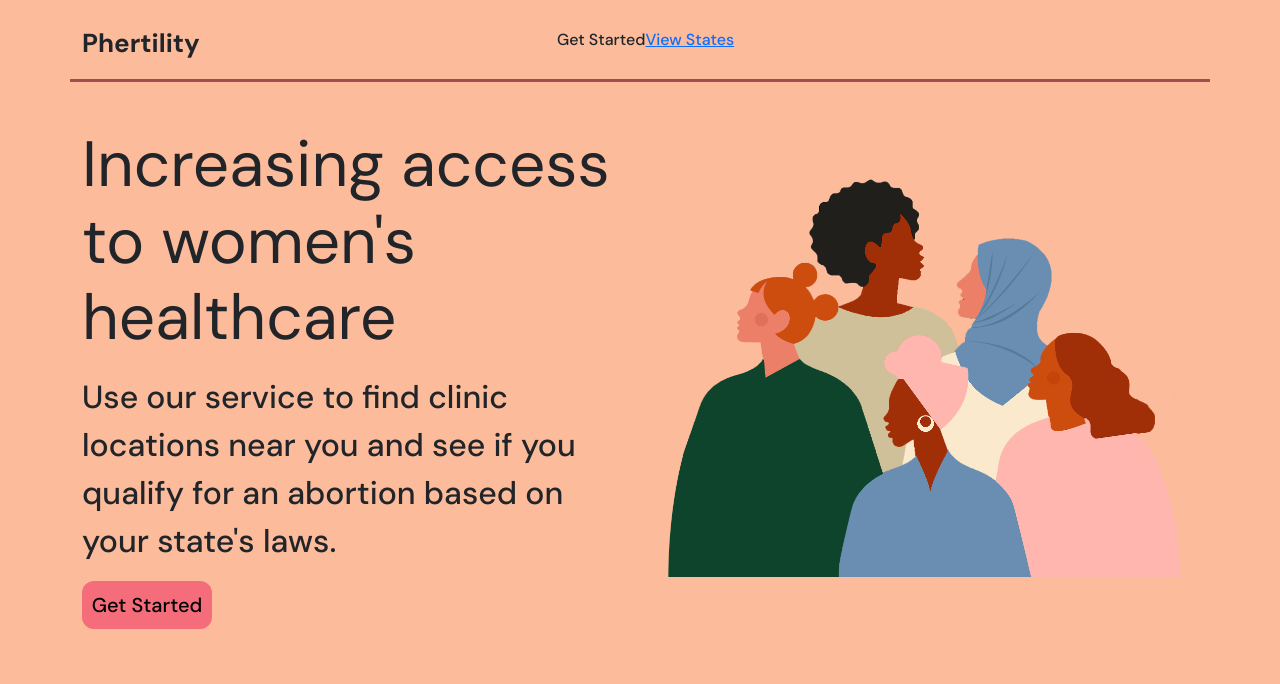
Repository: KaiDubauskas/phertility
Page: / (app in frontend/app/)
These files come from the project's save history. The page is drawn as it stood at one moment and after the next save; the edit follows.
The browser window is 1280 px wide. The pictures show the whole page.
The project was rebuilt for these pictures with package versions that can differ from the ones it lists, and the page was loaded fresh each time. Also part of the build but not shown: frontend/app/src/CurrentLocation.js, frontend/app/src/Map.js, frontend/app/src/components/database.js, frontend/app/src/states.css, frontend/app/src/components/states.js.

Above is the page before, as saved 2022-10-23 02:39:56.

After the next save:
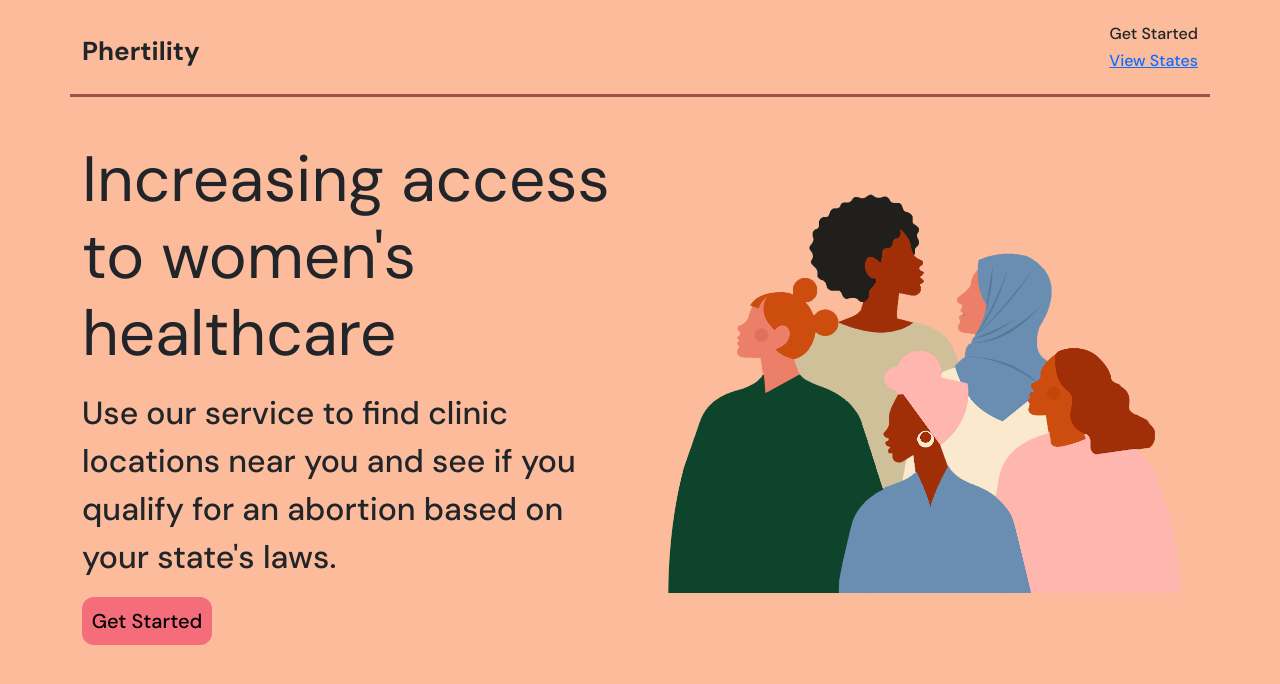
Saved 6 s later.
--- a/frontend/app/src/components/header.js
+++ b/frontend/app/src/components/header.js
@@ -15,7 +15,7 @@ const Header = () => {
                         </div>
                         {/* <div class="container-fluid align-items-end"> */}
                         <div class="col-7 text-end d-inline">
-                            <div class="d-flex">
+                            <div class="d-block">
                             <h6>Get Started</h6>
                             <Link to={{
                                 pathname: `/states`,
